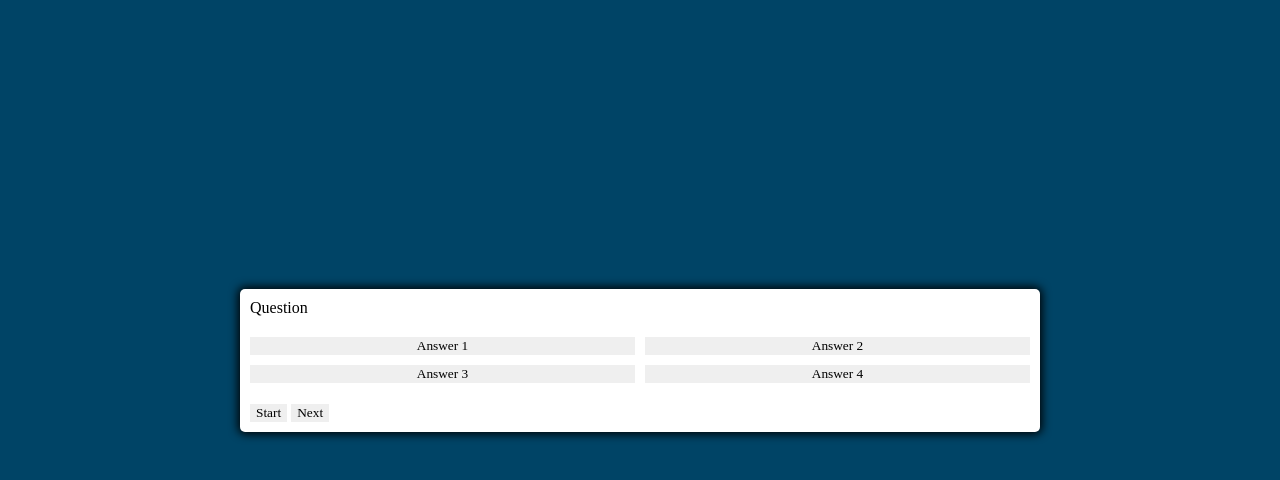
Repository: DaNiels89/quiz-js
Page: index.html
An editor plug-in stored every save of this project. The page is shown before and after the next save, followed by the edit.
The browser window is 1280 px wide. The pictures show the whole page.

Above is the page before, as saved 2020-06-22 09:49:26.

### index.html
<!DOCTYPE html>
<html lang="en">

<head>
    <meta charset="UTF-8">
    <meta name="viewport" content="width=device-width, initial-scale=1.0">
    <link rel="stylesheet" href="css/styles.css">
    <script defer scr="script.js"></script>
    <title>Quiz</title>
</head>

<body>
    <div class="container">
        <div id="question-container" class="hide">
            <div class="question">Question</div>
            <div id="answer-buttons" class="btn-grid">
                <button class="btn">Answer 1</button>
                <button class="btn">Answer 2</button>
                <button class="btn">Answer 3</button>
                <button class="btn">Answer 4</button>
            </div>
        </div>
        <div class="controls">
            <button id="start-btn" class="start-btn btn">Start</button>
            <button id="next-btn" class="next-btn btn">Next</button>
        </div>
    </div>
</body>

</html>

### css/styles.css
*, *::before, *::after {
    box-sizing: border-box;
    font-family: Gotham Rounded;
}

:root {
    --hue-neutral: 200;
    --hue-wrong: 0;
    --hue-correct: 145;
}

body {
    --hue: var(--hue-neutral);
    padding: 0;
    margin: 0;
    display: flex;
    width: 100vw;
    height: 100vh;
    justify-content: center;
    align-items: center;
    background-color: hsl(var(--hue), 100%, 20%);
}

body.correct {
    --hue: var(--hue-correct);
}

body.wrong {
    --hue: var(--hue-wrong);
}

.container {
    width: 800px;
    max-width: 80%;
    background-color: white;
    border-radius: 5px;
    padding: 10px;
    box-shadow: 0 0 10px 2px;
}

.btn-grid {
    display: grid;
    grid-template-columns: repeat(2, auto);
    gap: 10px;
    margin: 20px 0;
}

.btn {
    --hue: var(--hue-neutral);
    border: 1px solid hsl(var(--hue), 100%, 30%)
    background-color: hsl(var(--hue), 100%, 50%)
}

After the next save:
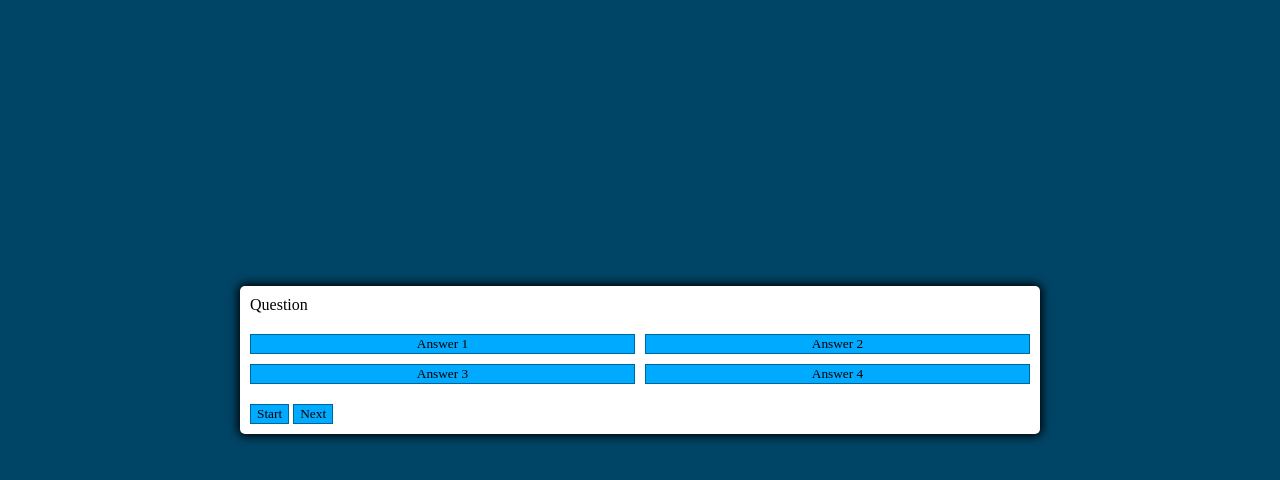
Saved 6 s later.
--- a/css/styles.css
+++ b/css/styles.css
@@ -47,6 +47,6 @@ body.wrong {
 
 .btn {
     --hue: var(--hue-neutral);
-    border: 1px solid hsl(var(--hue), 100%, 30%)
-    background-color: hsl(var(--hue), 100%, 50%)
+    border: 1px solid hsl(var(--hue), 100%, 30%);
+    background-color: hsl(var(--hue), 100%, 50%);
 }
